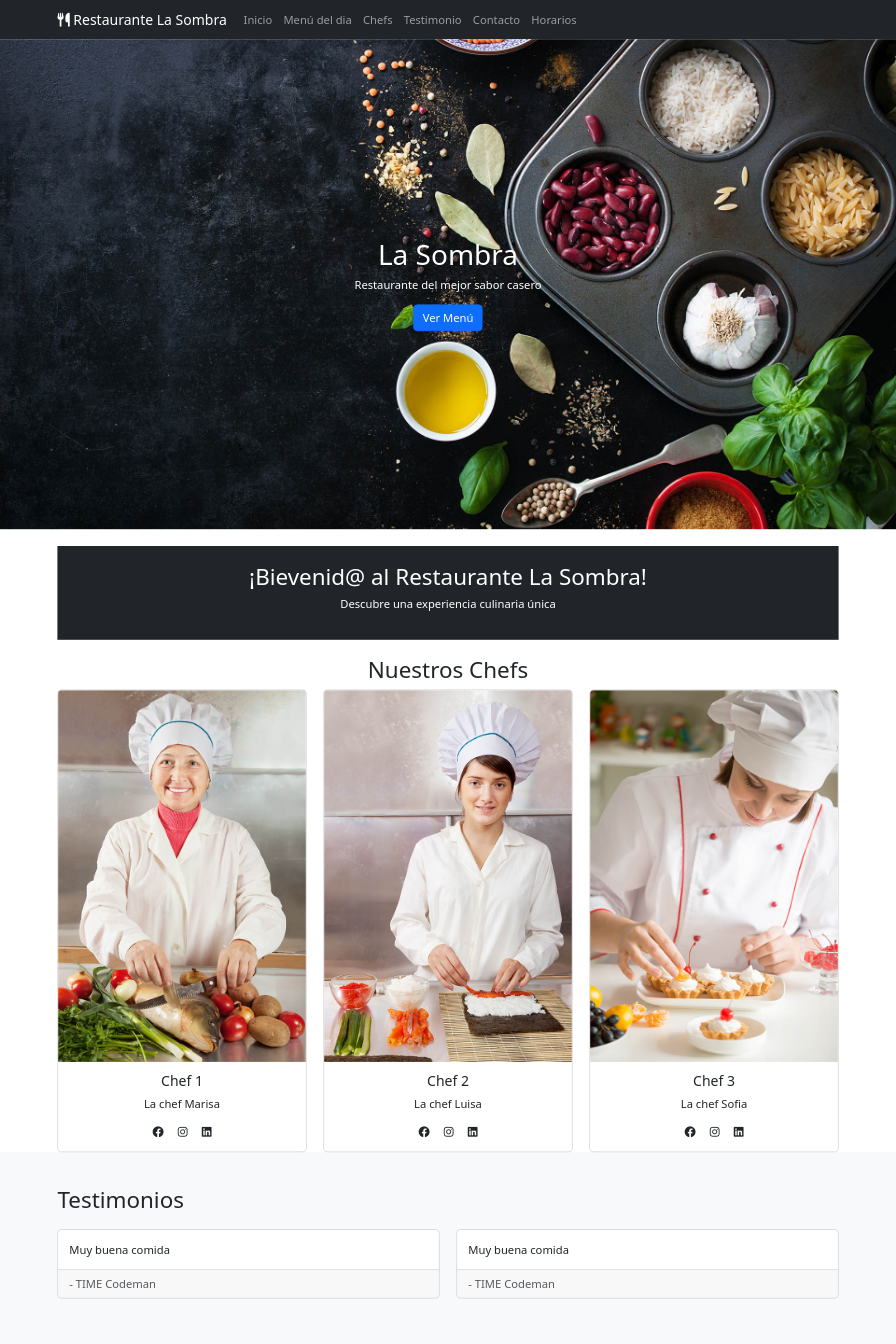
Repository: salextros/Restaurant-Project-PHP-MySQL
Page: http://localhost/TRABAJO_FINAL/restaurant/index.php
The author's editor kept a copy of each file at every save. The page is drawn from the files as they stood at one save, then again after the next save.
The browser window is 1280 px wide. The pictures show the part of the page from y = 0 to 1920 px (the page is 3433 px tall before and 3473 px after), at 70% of full size.
The page is run by PHP 8.4 with error messages shown; the project is at /var/www/html/. Queries for data that is not in the repository find no rows.

Above is the page before, as saved 2026-01-24 10:54:58.

### restaurant/index.php
<?php
include("admin/bd.php");

$sentencia = $conexion->prepare("SELECT * FROM tbl_banners limit 1;");
$sentencia->execute();
$lista_banners = $sentencia->fetchAll(PDO::FETCH_ASSOC);

?>

<!doctype html>
<html lang="en">

<head>
    <title>Title</title>
    <!-- Required meta tags -->
    <meta charset="utf-8" />
    <meta
        name="viewport"
        content="width=device-width, initial-scale=1, shrink-to-fit=no" />

    <!-- Bootstrap CSS v5.2.1 -->
    <link
        href="https://cdn.jsdelivr.net/npm/bootstrap@5.3.2/dist/css/bootstrap.min.css" rel="stylesheet"
        integrity="sha384-T3c6CoIi6uLrA9TneNEoa7RxnatzjcDSCmG1MXxSR1GAsXEV/Dwwykc2MPK8M2HN" crossorigin="anonymous" />

    <link
        rel="stylesheet"
        href="https://cdnjs.cloudflare.com/ajax/libs/font-awesome/6.4.2/css/all.min.css"
        crossorigin="anonymous"
        referrerpolicy="no-referrer" />
</head>

<body>

  <!-- SECCION DE MENÚ NAVEGACIÓN -->

    <nav id="inicio" class="navbar navbar-expand-lg navbar-dark bg-dark">
        <div class="container">
        <a class="navbar-brand" href="#"> <i class="fas fa-utensils"></i> Restaurante La Sombra </a>

        <button class="navbar-toggler" type="button" data-bs-toggle="collapse" data-bs-target="#navbarNav" aria-controls="navbarNav" aria-expanded="false" aria-label="Toggle navigation">
                <span class="navbar-toggler-icon"></span>
            </button>

            <div class="collapse navbar-collapse" id="navbarNav">
                <ul class="nav navbar-nav ml-auto">

                    <li class="nav-item">
                        <a class="nav-link" href="#inicio">Inicio</a>
                    </li>

                    </li>
                    <li class="nav-item">
                        <a class="nav-link" href="#menu">Menú del dia</a>
                    </li>

                    </li>
                    <li class="nav-item">
                        <a class="nav-link" href="#chefs">Chefs</a>
                    </li>

                    </li>
                    <li class="nav-item">
                        <a class="nav-link" href="#testimonio">Testimonio</a>
                    </li>

                    </li>
                    <li class="nav-item">
                        <a class="nav-link" href="#contacto">Contacto</a>
                    </li>

                    <li class="nav-item">
                        <a class="nav-link" href="#horario">Horarios</a>
                    </li>
                </ul>
            </div>
        </div>
        </nav>

  <!-- SECCION DEL BANNER -->

    <section  class="container-fluid p-0">
        <div class="banner-img" style="position:relative; background:url('images/slider-image1.jpg') center/cover no-repeat; height: 700px;">

            <div class="banner-text" style="position: absolute; top:50%; left:50%; transform: translate(-50%, -50%); color:#fff; text-align:center;">
                <h1>La Sombra</h1>
                <p>Restaurante del mejor sabor casero</p>
                <a href="#menu" class="btn btn-primary">Ver Menú</a>
            </div>
        </div>
    </section>

    <section id="id" class="container mt-4 text-center">

        <div class="jumbotron bg-dark text-white">

            <br />
            <h2>¡Bievenid@ al Restaurante La Sombra!</h2>
            <p>Descubre una experiencia culinaria única</p>
            <br />
        </div>
    </section>

    <!-- SECCION DE CHEFST -->

    <section id="chefs" class="container mt-4 text-center">
        <h2>Nuestros Chefs</h2>
        <div class="row">
            <div class="col-md-4">

                <div class="card">
                    <img src="images/colaboradores/team-image1.jpg"
                        class="card-img-top"
                        alt="Chef 1" />

                    <div class="card-body">
                        <h5 class="card-title">Chef 1</h5>
                        <p class="card-text">La chef Marisa </p>
                        <div class="social-icons mt-3">
                            <a href="#" class="text-dark m-2"><i class="fab fa-facebook"></i></a>
                            <a href="#" class="text-dark m-2"><i class="fab fa-instagram"></i></a>
                            <a href="#" class="text-dark m-2"><i class="fab fa-linkedin"></i></a>
                        </div>
                    </div>
                </div>
            </div>

            <div class="col-md-4">

                <div class="card">
                    <img src="images/colaboradores/team-image2.jpg"
                        class="card-img-top"
                        alt="Chef 2" />

                    <div class="card-body">
                        <h5 class="card-title">Chef 2</h5>
                        <p class="card-text">La chef Luisa </p>
                        <div class="social-icons mt-3">
                            <a href="#" class="text-dark m-2"><i class="fab fa-facebook"></i></a>
                            <a href="#" class="text-dark m-2"><i class="fab fa-instagram"></i></a>
                            <a href="#" class="text-dark m-2"><i class="fab fa-linkedin"></i></a>
                        </div>
                    </div>
                </div>
            </div>

            <div class="col-md-4">

                <div class="card">
                    <img src="images/colaboradores/team-image3.jpg"
                        class="card-img-top"
                        alt="Chef 3" />

                    <div class="card-body">
                        <h5 class="card-title">Chef 3</h5>
                        <p class="card-text">La chef Sofia </p>
                        <div class="social-icons mt-3">
                            <a href="#" class="text-dark m-2"><i class="fab fa-facebook"></i></a>
                            <a href="#" class="text-dark m-2"><i class="fab fa-instagram"></i></a>
                            <a href="#" class="text-dark m-2"><i class="fab fa-linkedin"></i></a>
                        </div>
                    </div>
                </div>
            </div>
        </div>
    </section>

    <!-- SECCION DE TESTIMONIO -->

    <section id="testimonio" class="bg-light py-5">
        <div class="container">
            <h2 class="tex-center mb-4">Testimonios </h2>

            <div class="row">
                <div class="col-md-6 d-flex">
                    <div class="card mb-4 w-100">
                        <div class="card-body">
                            <p class="card-text">Muy buena comida</p>
                        </div>
                        <div class="card-footer text-muted">
                            - TIME Codeman
                        </div>
                    </div>
                </div>

                <div class="col-md-6 d-flex">
                    <div class="card mb-4 w-100">
                        <div class="card-body">
                            <p class="card-text">Muy buena comida</p>
                        </div>
                        <div class="card-footer text-muted">
                            - TIME Codeman
                        </div>
                    </div>
                </div>
            </div>
        </div>
    </section>

    <!-- SECCION DEL MENU COMIDA -->

    <section id="menu" class="container mt-4">
        <h2 class="text-center">Menú (nuestra recomendación) </h2>
        <br />
        <div class="row row-cols-1 row-cols-md-4 g-4">
            <div class="col d-flex">
                <div class="card">
                    <img src="images/menu/menu-image1.jpg" alt="Tortillas de maiz con carne y frijoles negros" class="card-img-top">
                    <div class="card-body">
                        <h5 class="card-title"> Tortillas de maiz con carne y frijoles </h5>
                        <p class="card-text small"><strong>Ingredientes: </strong> Arroz, Frijoles</p>
                        <p class="card-text"><strong> Precio: </strong> $3.99 </p>
                    </div>
                </div>
            </div>

            <div class="col d-flex">
                <div class="card">
                    <img src="images/menu/menu-image2.jpg" alt="Tortillas de maiz con carne y frijoles negros" class="card-img-top">
                    <div class="card-body">
                        <h5 class="card-title"> Tortillas de maiz con carne y frijoles </h5>
                        <p class="card-text small"><strong>Ingredientes: </strong> Arroz, Frijoles</p>
                        <p class="card-text"><strong> Precio: </strong> $3.99 </p>
                    </div>
                </div>
            </div>

            <div class="col d-flex">
                <div class="card">
                    <img src="images/menu/menu-image3.jpg" alt="Tortillas de maiz con carne y frijoles negros" class="card-img-top">
                    <div class="card-body">
                        <h5 class="card-title"> Tortillas de maiz con carne y frijoles </h5>
                        <p class="card-text small"><strong>Ingredientes: </strong> Arroz, Frijoles</p>
                        <p class="card-text"><strong> Precio: </strong> $3.99 </p>
                    </div>
                </div>
            </div>

            <div class="col d-flex">
                <div class="card">
                    <img src="images/menu/menu-image4.jpg" alt="Tortillas de maiz con carne y frijoles negros" class="card-img-top">
                    <div class="card-body">
                        <h5 class="card-title"> Tortillas de maiz con carne y frijoles </h5>
                        <p class="card-text small"><strong>Ingredientes: </strong> Arroz, Frijoles</p>
                        <p class="card-text"><strong> Precio: </strong> $3.99 </p>
                    </div>
                </div>
            </div>
        </div>
    </section>
    <br />
    <br />

    <!-- SECCION DE CONTACTO -->

    <section id="contacto" class="container mt-4">

    <h2>Contacto</h2>
    <p>Si tienes alguna pregunta o deseas hacer una reserva, no dudes en contactarnos.</p>

    <form action="?" method="post">

    <div class="mb-3">
        <label for="name">Nombre:</label><br>
        <input type="text" class="form-control" name="nombre" placeholder="Escribe tu nombre..." required><br />
    </div>

    <div class="mb-3">
      <label for="email">Correo Electrónico:</label><br />
      <input type="email" class="form-control" name="correo" placeholder="Escribe tu correo..." required><br />
    </div>

    <div class="mb-3">
      <label for="message">Mensaje:</label><br />
      <textarea id="message" class="form-control"  name="mensaje" rows="6"  cols="50"></textarea><br />
    </div>
      <input type="submit" class="btn btn-primary" value="Enviar mensaje">

    </form>

    </section>
    <br /><br />

    <!-- SECCION DE HORARIO -->
    <div id="horario" class="text-center bg-light p-4">
        <h3 class="mb-4">Horario de atención</h3>

        <div>
            <p> <strong> Lunes a Viernes</strong> </p>
            <p> <strong> 11:00 a.m - 10:00 p.m. </strong></p>
        </div>

           <div>
            <p> <strong> Sábado</strong> </p>
            <p> <strong> 12:00 p.m - 5:00 p.m. </strong></p>
        </div>

        <div>
            <p> <strong>Domingo</strong> </p>
            <p> <strong> 7:00 a.m - 2:00 p.m. </strong></p>
        </div>

    </div>







    <footer class="bg-dark text-white text-center py-3">
        <!-- place footer here -->

        <p> &copy; 2026 Restaurante La Sombra, todos los derechos reservados.</p>

    </footer>
    <!-- Bootstrap JavaScript Libraries -->
    <script
        src="https://cdn.jsdelivr.net/npm/@popperjs/core@2.11.8/dist/umd/popper.min.js"
        integrity="sha384-I7E8VVD/ismYTF4hNIPjVp/Zjvgyol6VFvRkX/vR+Vc4jQkC+hVqc2pM8ODewa9r"
        crossorigin="anonymous"></script>

    <script
        src="https://cdn.jsdelivr.net/npm/bootstrap@5.3.2/dist/js/bootstrap.min.js"
        integrity="sha384-BBtl+eGJRgqQAUMxJ7pMwbEyER4l1g+O15P+16Ep7Q9Q+zqX6gSbd85u4mG4QzX+"
        crossorigin="anonymous"></script>
</body>

</html>

### restaurant/admin/bd.php
<?php

$servidor="localhost";
$baseDatos="restaurante";
$usuario="root";
$contraseña="";

try{

    $conexion=new PDO("mysql:host=$servidor;dbname=$baseDatos",$usuario,$contraseña);


}catch(Exception $error){
    echo $error ->getMessage();
}

?>

After the next save:
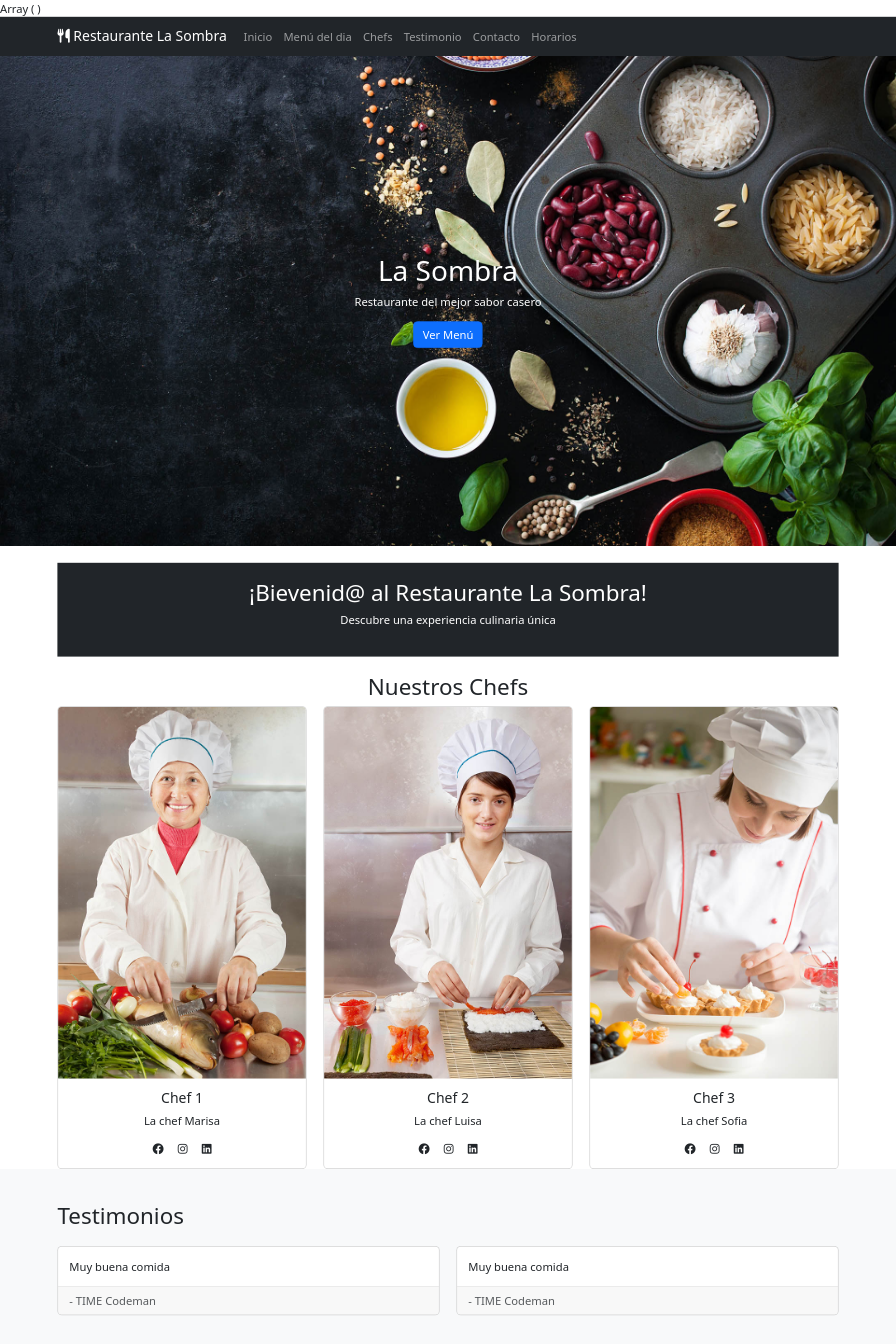
Saved 24 s later.
--- a/restaurant/index.php
+++ b/restaurant/index.php
@@ -5,6 +5,7 @@
 $sentencia->execute();
 $lista_banners = $sentencia->fetchAll(PDO::FETCH_ASSOC);
 
+print_r($lista_banners);
 ?>
 
 <!doctype html>

After the save that followed:
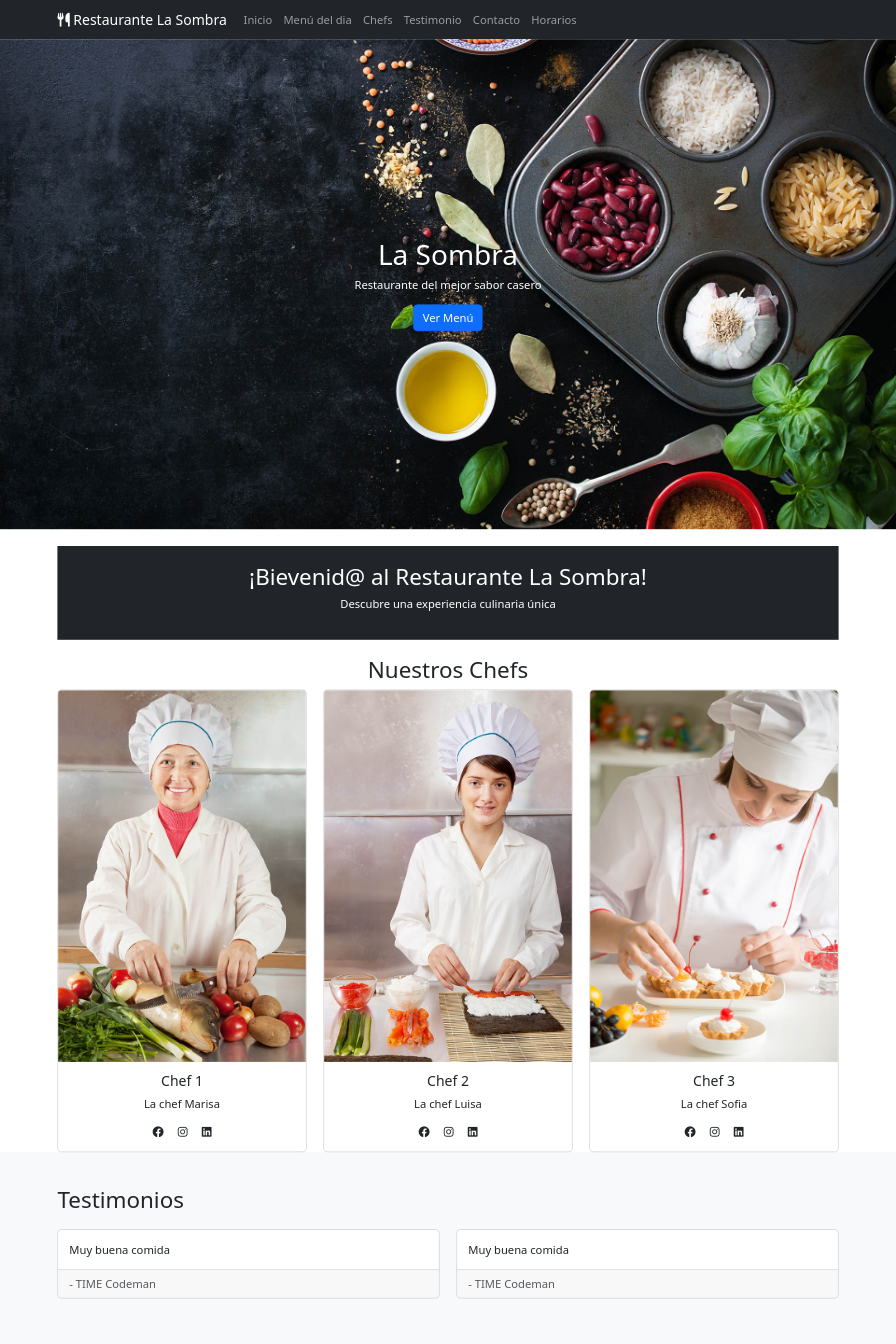
Saved 4 min 11 s later.
--- a/restaurant/index.php
+++ b/restaurant/index.php
@@ -5,7 +5,6 @@
 $sentencia->execute();
 $lista_banners = $sentencia->fetchAll(PDO::FETCH_ASSOC);
 
-print_r($lista_banners);
 ?>
 
 <!doctype html>
